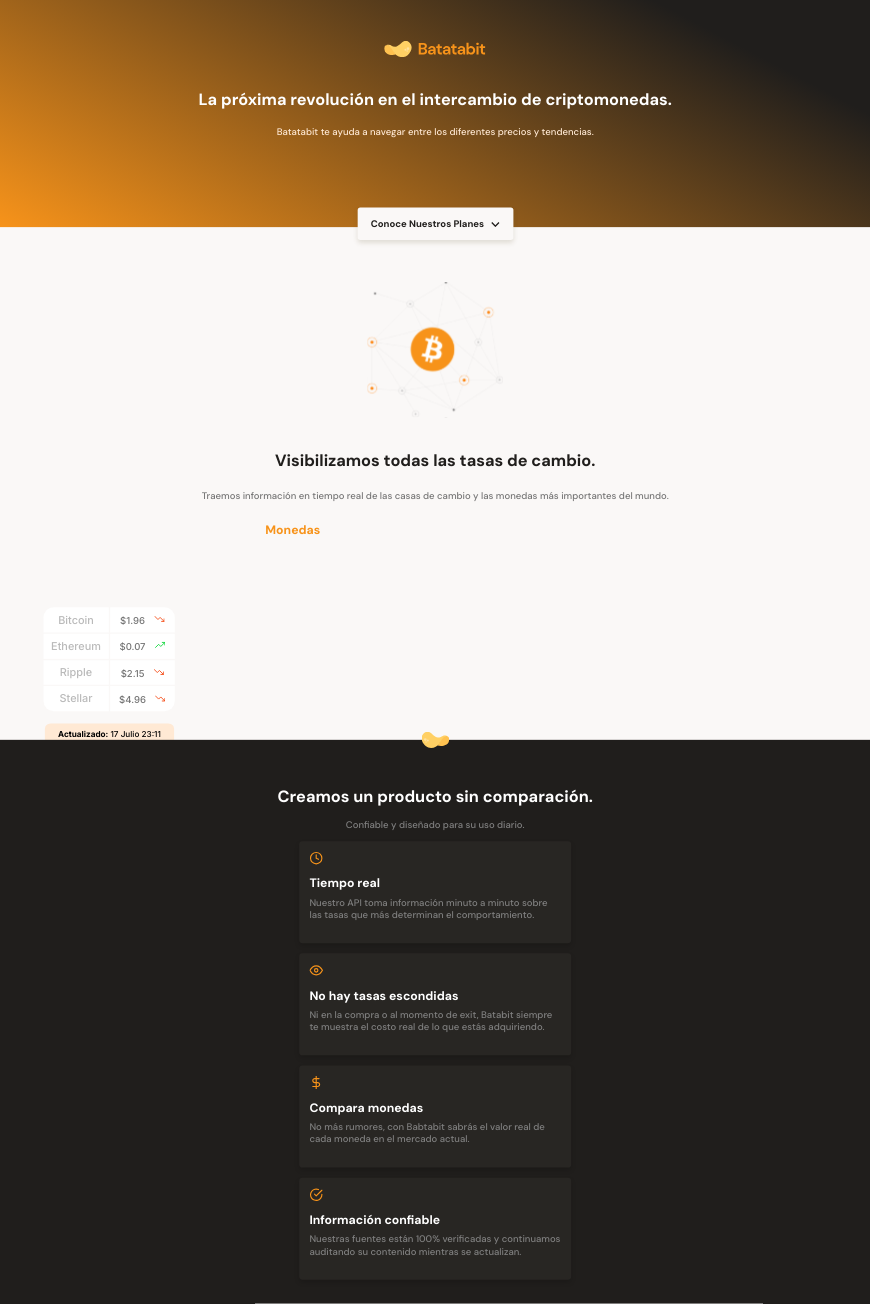
Repository: Pandrea-hub/Batatabit
Page: index.html
An editor plug-in stored every save of this project. The page is shown before and after the next save, followed by the edit.
The browser window is 1280 px wide. The pictures show the whole page, at 68% of full size.

Above is the page before, as saved 2022-04-19 08:01:13.

### index.html
<!DOCTYPE html>
<html lang="en">
<head>
    <meta charset="UTF-8">
    <meta http-equiv="X-UA-Compatible" content="IE=edge">
    <meta name="viewport" content="width=device-width, initial-scale=1.0">
    <title>Document</title>
    <link rel="preconnect" href="https://fonts.googleapis.com">
    <link rel="preconnect" href="https://fonts.gstatic.com" crossorigin>
    <link href="https://fonts.googleapis.com/css2?family=DM+Sans:wght@400;500;700&family=Inter:wght@300;500;700&display=swap" rel="stylesheet">
    <link rel="stylesheet" href="./style.css">
</head>
<body>


    <header>

        <img src="./assets/img/logo.svg" alt="Logo del header donde estara una patata y el nombre que es Batatabit"/>
        <div class="header--title-container">
            <h1>La próxima revolución en el intercambio de criptomonedas.</h1>
            <p>Batatabit te ayuda a navegar entre los diferentes precios y tendencias.</p>
            <a href="" class="header--button">Conoce Nuestros Planes<span></span></a>
        </div>
    </header>


    <main>
        <section class="main-exchange--container">
            <div class="backgroungImg"></div>
            <div class="main-exchange--container--title">
                <h2>Visibilizamos todas las tasas de cambio.</h2>
                <p>Traemos información en tiempo real de las casas de cambio y las monedas más importantes del mundo.</p>
            </div>

            <section class="main-tables-container">
                <div class="main-currency-table">



                    <div class="currenty-table">

                        <div class="container-arrow--left" id="arrow-left"></div>

                        <div class="currency-table--container" id="table-1">
                            <p class="currency-table--title" id="title-1">Monedas</p>
                            <table>
                                <tr>
                                    <tr>
                                        <td class="table__top--left">Bitcoin</td>
                                        <td class="table__top--right table__right">$1.96 <span class="down"></span></td>
                                    </tr>
                                    <tr>
                                        <td>Ethereum</td>
                                        <td class="table__right">$0.07 <span class="up"></span></td>
                                    </tr>
                                    <tr>
                                        <td>Ripple</td>
                                        <td class="table__right">$2.15 <span class="down"></span></td>
                                    </tr>
                                    <tr>
                                        <td class="table__bottom--left">Stellar</td>
                                        <td class="table__bottom-right table__right">$4.96 <span class="down"></span></td>
                                    </tr>
                                </tr>
                            </table>
                        </div>


                        <div class="currency-table--container" id="table-2">
                            <p class="currency-table--title" id="title-2">Comisiones</p>
                            <table>
                                <tr>
                                    <tr>
                                        <td class="table__top--left">Bitrade</td>
                                        <td class="table__top--right table__right">$ 12.96</td>
                                    </tr>
                                    <tr>
                                        <td>Bitpreco</td>
                                        <td class="table__right">$ 13.07</td>
                                    </tr>
                                    <tr>
                                        <td>Novadax</td>
                                        <td class="table__right">$ 13.15</td>
                                    </tr>
                                    <tr>
                                        <td class="table__bottom--left">Coinext</td>
                                        <td class="table__bottom-right table__right">$ 14.96</td>
                                    </tr>
                                </tr>
                            </table>
                        </div>

                        <div class="container-arrow" id="arrow-right"></div>

                    </div>

                    <div class="currency-table--date" id="table-date">
                        <p><b>Actualizado:</b> 17 Julio 23:11 </p></p>
                    </div>

                </div>
            </section>
        </section>

    <script>
        const arrow_right = document.getElementById("arrow-right")
        const arrow_left = document.getElementById("arrow-left")
        const table_1 = document.getElementById("table-1")
        const table_2 = document.getElementById("table-2")
        const date = document.getElementById("table-date");


        arrow_right.onclick = function(){
            arrow_right.style.display="none";
            table_1.style.display = "none"
            table_2.style.display = "grid"
            arrow_left.style.display = "block"
            date.style.backgroundColor="#E7F5FF";
        }
        arrow_left.onclick = function(){
            arrow_left.style.display="none";
            table_1.style.display = "grid"
            table_2.style.display = "none"
            arrow_right.style.display = "block"
            date.style.backgroundColor="#FFE9D4";
        }
    </script>


        <section class="main-product--detail">
            <span class="product-detail--batata-logo"></span>
            <div class="product-detail--title">
                <h2>Creamos un producto sin comparación.</h2>
                <p>Confiable y diseñado para su uso diario.</p>
            </div>
            <section class="product-cards--container">
                <article class="product-detail--card">
                    <span class="icon-card clock"></span>
                    <p class="product-card--title">Tiempo real</p>
                    <p class="product-card--body">Nuestro API toma información minuto a minuto sobre las tasas que más determinan el comportamiento.</p>
                </article>

                <article class="product-detail--card">
                    <span class="icon-card tasas"></span>
                    <p class="product-card--title">No hay tasas escondidas</p>
                    <p class="product-card--body">Ni en la compra o al momento de exit, Batabit siempre te muestra el costo real de lo que estás adquiriendo.</p>
                </article>


                <article class="product-detail--card">
                    <span class="icon-card money"></span>
                    <p class="product-card--title">Compara monedas</p>
                    <p class="product-card--body">No más rumores, con Babtabit sabrás el valor real de cada moneda en el mercado actual.</p>
                </article>


                <article class="product-detail--card">
                    <span class="icon-card info"></span>
                    <p class="product-card--title">Información confiable</p>
                    <p class="product-card--body">Nuestras fuentes están 100% verificadas y continuamos auditando su contenido mientras se actualizan.</p>
                </article>


            </section>

        </section>



        <section></section>



        <section></section>
    </main>

    <footer></footer>

</body>
</html>

### style.css
/*
1. Position
2. Box model
3. typography
4. Visual themes
5. Others
*/

:root{
    --bitcoin-orange:#F7931A;
    --soft-orange:#FFE9D4;
    --secondary-blue:#1A9AF7;
    --soft-blue:#E7F5FF;
    --warm-black:#201E1C;
    --black: #201e1c;
    --grey: #bababa;
    --off-white: #faf8f7;
    --just-white: #fff;
}

*{
    padding: 0;
    margin: 0;
    box-sizing: border-box;
}


html{
    font-size: 62.5%;
    font-family: "DM Sans", sans-serif;
}

header{
    position: relative;
    display: flex;
    flex-direction:column;
    justify-content: center;
    width: 100%;
    height: 334px;
    min-width: 320px;
    text-align: center;
    background: linear-gradient(207.8deg, #201E1C 16.69%, #F7931A 100%);

}

header img{
    width: 150px;
    height: 24px;
    margin-top: 60px;
    align-self: center;
}

.header--title-container{
    width: 90%;
    min-width: 288px;
    max-width: 900px;
    height: 218px;
    margin-top: 50px;
    text-align: center;
    align-self:center;
}

.header--title-container h1{
    font-size: 2.4rem;
    font-weight: bold;
    line-height: 2.6rem;
    color: var(--just-white);
}

.header--title-container p{
    font-size: 1.4rem;
    font-weight: 500;
    line-height: 1.8rem;
    color:var(--soft-orange);
    margin-top: 2.4rem;
}


.header--title-container .header--button{
    left: calc(50% - 229px/2);
    position: absolute;
    top: 270px;
    display: block;
    margin-top: 35px;
    padding: 15px;
    width: 229px;
    height: 48px;
    background-color: var(--off-white);
    /* Box shadow */
    box-shadow: 0px 4px 8px rgba(89, 73, 30, 0.16);
    border-radius: 4px;
    font-weight: bold;
    font-size: 14px;
    line-height: 18px;
    color:var(--warm-black);
    text-decoration: none;
}

.header--button span{
    display: inline-block;
    width: 13px;
    height: 8px;
    margin-left: 10px;
    background-image: url('./assets/icons/down-arrow.svg');
}

main{
    width: 100%;
    height: auto;
    background-color:var(--off-white);
    min-width: 320px;
}


.main-exchange--container{
    width: 100%;
    height: auto;
    padding-top: 80px;
    padding-bottom: 30px;
    text-align: center;
}

.main-exchange--container--title{
    width: 100%;
    min-width: 288px;
    max-width: 900px;
    margin: 0 auto;
}

.main-exchange--container .backgroungImg{
    width: 200px;
    height: 200px;
    margin: 0 auto;
    margin-bottom: 50px;
    background-image: url(./assets/img/bitcoin.svg);
    background-size: cover;
    background-position: center;
    background-repeat: no-repeat;
}


.main-exchange--container--title h2{
    margin-bottom: 30px;
    font-size: 2.4rem;
    font-weight: bold;
    line-height: 2.6rem;
    align-self:center;
    color:var(--warm-black);
}




.main-exchange--container--title p{
    margin-bottom: 30px;
    font-size: 1.4rem;
    line-height: 1.8rem;
    font-weight: 500;
    color:#757575;
}


.main-tables-container{
    margin-bottom: 20px;
}



.main-currency-table{
    display: flex;

    flex-direction: column;
    width: 70%;
    min-width: 235px;
    max-width: 500px;
    height: 240px;
    margin: 0 auto;
    font-family: "Inter", sans-serif;
}

.main-currency-table .currency-table--title{
    width: 81px;
    height: 23px;
    margin: 0 auto;
    position: absolute;
    margin-bottom: 15px;
    font-size: 1.8rem;
    font-weight: bold;
    line-height: 2.3rem;
    font-family: "DM Sans";
    color:var(--bitcoin-orange);
    position: absolute;

}

.currenty-table{

}


.currency-table--container{
    margin: 0 auto;
    width: 100%;
    min-width: 230px;
    max-width: 300px;
    height: 90px;


}

.currency-table--container table{
    width: 100%;
    height: 100%;
    width: 197px;
    height: 159px;
    left: 62px;
    top: 889px;
    margin: 0 auto;
    position: absolute;
}


.currency-table--container td{
    width: 50%;
    font-size: 1.6rem;
    font-weight: 500;
    line-height: 1.9rem;
    color:var(--grey);
    background-color:var(--just-white);
    margin: 0px 10px;

}

.table__top--left{
    border-radius: 15px 0 0 0;
}

.table__top--right{
    border-radius:0 15px 0 0;
}


.table__bottom-right{
    border-radius:0 0 15px 0;
}

.table__bottom--left{
    border-radius:0 0 0 15px;
}

.currency-table--container .table__right{
    font-size: 1.4rem;
    font-weight: normal;
    line-height: 1.7rem;
    color:#757575;
}


.currency-table--container .down{
    display: inline-block;
    width: 15px;
    height: 15px;
    margin-left: 10px;
    background-image:url("./assets/icons/trending-down.svg");
    background-size:cover;
    background-repeat:no-repeat;
}

.currency-table--container .up{
    display: inline-block;
    width: 15px;
    height: 15px;
    margin-left: 10px;
    background-image:url("./assets/icons/trending-up.svg");
    background-size:cover;
    background-repeat:no-repeat;
}


.currenty-table{
    display: grid;
    grid-template-columns: 1fr 1fr 1fr;

}


.container-arrow{
    height: 10px;
    width: 12px;
    background-image: url("../assets/icons/right-arrow.svg");
    background-repeat: no-repeat;
    background-size: contain;
    background-position: center;
    position: absolute;
    margin-top:41.8%;
    right: 31px;
    cursor: pointer;
}


.container-arrow--left{
    display: none;
    height: 10px;
    width: 12px;
    background-image: url("../assets/icons/left-arrow.svg");
    background-repeat: no-repeat;
    background-size: contain;
    background-position: center;
    position: absolute;
    margin-top: 41.8%;
    left: 32px;
    cursor: pointer;
}


#title-2{
    color:var(--secondary-blue);
}



.currency-table--date{
    margin: 0 auto;
    font-size: 12px;
    position: absolute;
    width: 190px;
    height: 31px;
    left: 66px;
    top: 1064px;
    padding: 8px;
    background-color:var(--soft-orange);
    border-radius:8px;
}

#table-2{
    display: none;
}

.main-product--detail{
    position: relative;
    width: 100%;
    min-width: 320px;
    height: auto;
    padding: 20px 10px;
    background-color:var(--warm-black);
    margin-top: 30px;
}


.product-detail--batata-logo{
    left: calc(50% - 20px);
    top: -12.5px;
    position: absolute;
    width: 40px;
    height: 25px;
    background-image:url("./assets/icons/batata.svg");
}


.product-detail--title{
    width: 90%;
    min-width: 288px;
    height: auto;
    margin: 0 auto;
    margin-top: 50px;
    text-align: center;
}


.product-detail--title h2{
    margin-bottom: 20px;
    font-size: 2.4rem;
    font-weight: bold;
    line-height: 2.6rem;
    color:var(--just-white);

}

.product-detail--title p{
    color:#808080;
    font-size: 1.4rem;
    font-weight: 500;
    line-height: 1.8rem;
}


.product-detail--card{
    width: 90%;
    min-width: 288px;
    max-width: 400px;
    height: 150px;
    margin: 15px auto;
    padding: 15px;
    background-color:#282623;
    border-radius:5px;
    box-shadow:0px 4px 8px rgba(0, 0, 0, 0.16);

}


.product-detail--card .icon-card{
    display: inline-block;
    width: 20px;
    height: 20px;
    background-position: center;
    background-size: cover;
    background-repeat: no-repeat;
    margin-bottom: 15px;

}

.clock{
    background-image:url("./assets/icons/clock.svg");
}

.tasas{
    background-image:url("./assets/icons/eye.svg");
}

.money{
    background-image:url("./assets/icons/dollar-sign.svg");
}

.info{
    background-image:url("./assets/icons/check-circle.svg");
}

.product-card--title{
    font-weight: 700;
    font-weight: bold;
    font-size: 1.8rem;
    line-height: 1.8rem;
    color:var(--just-white);
}


.product-card--body{
    font-weight: 500;
    font-size: 1.4rem;
    line-height: 1.8rem;
    color: #808080;
    margin-top: 10px;
}

After the next save:
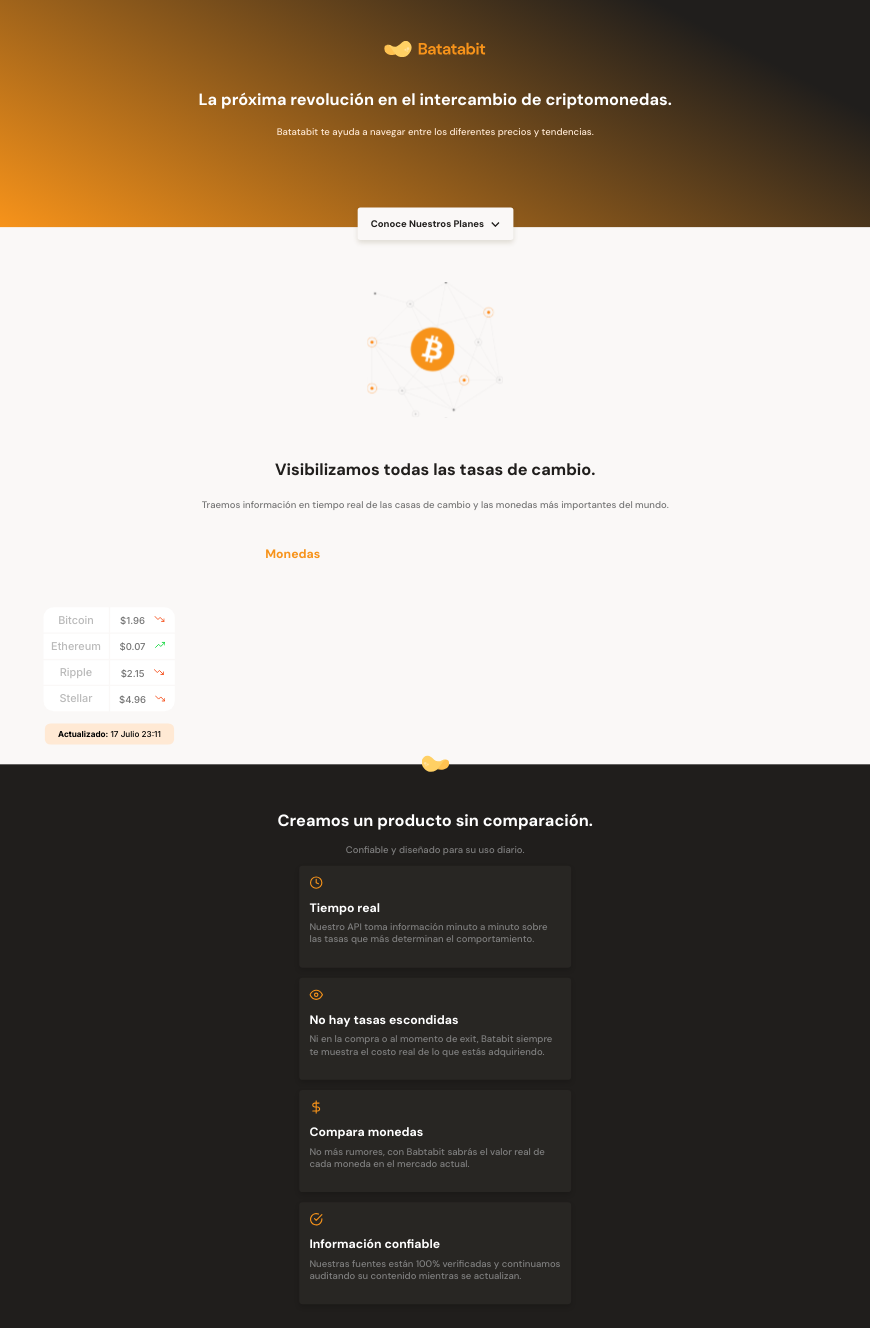
Saved 4 min 25 s later.
--- a/style.css
+++ b/style.css
@@ -124,7 +124,8 @@
     width: 100%;
     min-width: 288px;
     max-width: 900px;
-    margin: 0 auto;
+    margin: 10px auto;
+    padding: 1%;
 }
 
 .main-exchange--container .backgroungImg{
